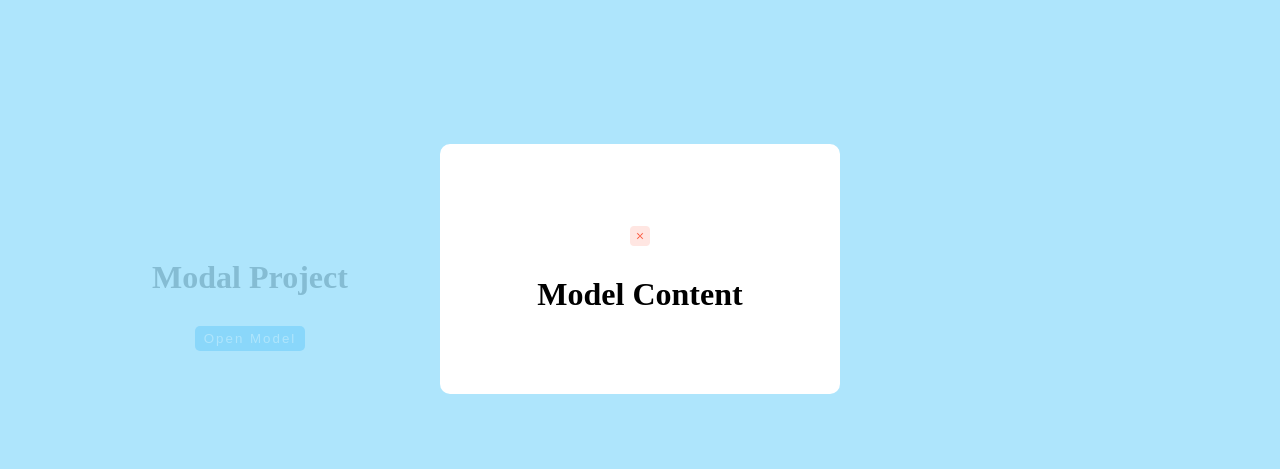
Repository: Trapti10/20-js-practice-projects-in-7-days-challenge
Page: Project_4_Modal_Project/index.html
The author's editor kept a copy of each file at every save. The page is drawn from the files as they stood at one save, then again after a run of saves.
The browser window is 1280 px wide. The pictures show the whole page.

Above is the page before, as saved 2025-11-24 11:03:29.

### Project_4_Modal_Project/index.html
<!DOCTYPE html>
<html lang="en">
<head>
    <meta charset="UTF-8">
    <meta name="viewport" content="width=device-width, initial-scale=1.0">
    <title>Modal Project</title>
    <link rel="stylesheet" href="style.css">
</head>
<body>
    <div class="hero">
     <div class="bg-img"  background-img>

    </div>
    <div class="card">
        <h1>Modal Project</h1>

        <button class="Open">
            Open Model
        </button>
       </div>
       </div>
       <div class="modal-overlay">
        <div class="madal-container">
            <img src="assests/close.png" alt="">
            <div class="modalContent">
                <h1>Model Content</h1>
            </div>
        </div>
       </div>
    <script src="script.js"></script>
</body>
</html>

### Project_4_Modal_Project/style.css
*{
    margin: 0;
    padding: 0;
}
.hero{
    place-items: center;
}
.bg-img{
    height: 100vh;
    background-position: center center;
    background-repeat: no-repeat;
    position: relative;
    background-size: max(2200px, 100vw);
    background-image: url("https://png.pngtree.com/thumb_back/fh260/background/20230714/pngtree-simplicity-in-blue-a-living-room-interior-design-with-decor-and-image_3888158.jpg");
    background-repeat: no-repeat;
    align-items: center;
    margin-top: 0;
    align-items: center;

}

.card{
    position: absolute;
    top: 25%;
    background: white;
    max-height: 250px;
    max-width: 500px;
    height: 100%;
    width: 100%;
    display: flex;
    justify-content: center;
    align-items:center ;
    flex-direction: column;
    border: none;
    border-radius: 10px;
    gap: 30px;
}

button{
    height: 25px;
    width: 110px;
    color: white;
    background: rgb(29, 166, 246);
    border: none;
    letter-spacing: 2px;
    border-radius: 5px;
    padding: 0 4px;
}

button:hover{
    background: transparent;
    color: black;
    border: 2px solid rgb(29, 166, 246);
}

.modal-overlay{
    background: rgba(159, 225, 252, 0.84);
    position: fixed;
    top: 0;
    left: 0;
    width: 100%;
    height: 100%;
    place-items:center;
    display: grid;
    transition: 400ms ease;
    visibility: visible;
    /* z-index: -10; */
}

.madal-container{
   position: absolute;
    top: 20%;
    background: white;
    max-height: 250px;
    max-width: 400px;
    height: 100%;
    width: 100%;
    display: flex;
    justify-content: center;
    align-items:center ;
    flex-direction: column;
    border: none;
    border-radius: 10px;
    gap: 30px;
}

.madal-container img{
    height: 20px;
    right: 0;
}

Loaded but not shown: Project_4_Modal_Project/script.js (no stored copy; drawn as an empty file)

After the next 3 saves:
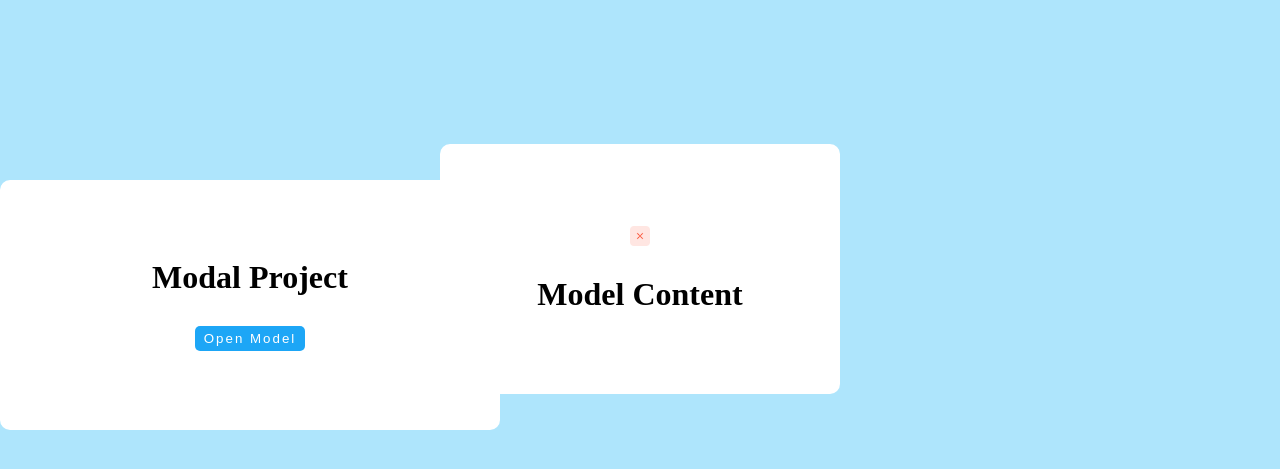
The 3 saves are shown as one change because they came seconds apart.
The last was saved 8 s later.
--- a/Project_4_Modal_Project/style.css
+++ b/Project_4_Modal_Project/style.css
@@ -64,7 +64,7 @@ button:hover{
     display: grid;
     transition: 400ms ease;
     visibility: visible;
-    /* z-index: -10; */
+    z-index: -10;
 }
 
 .madal-container{
